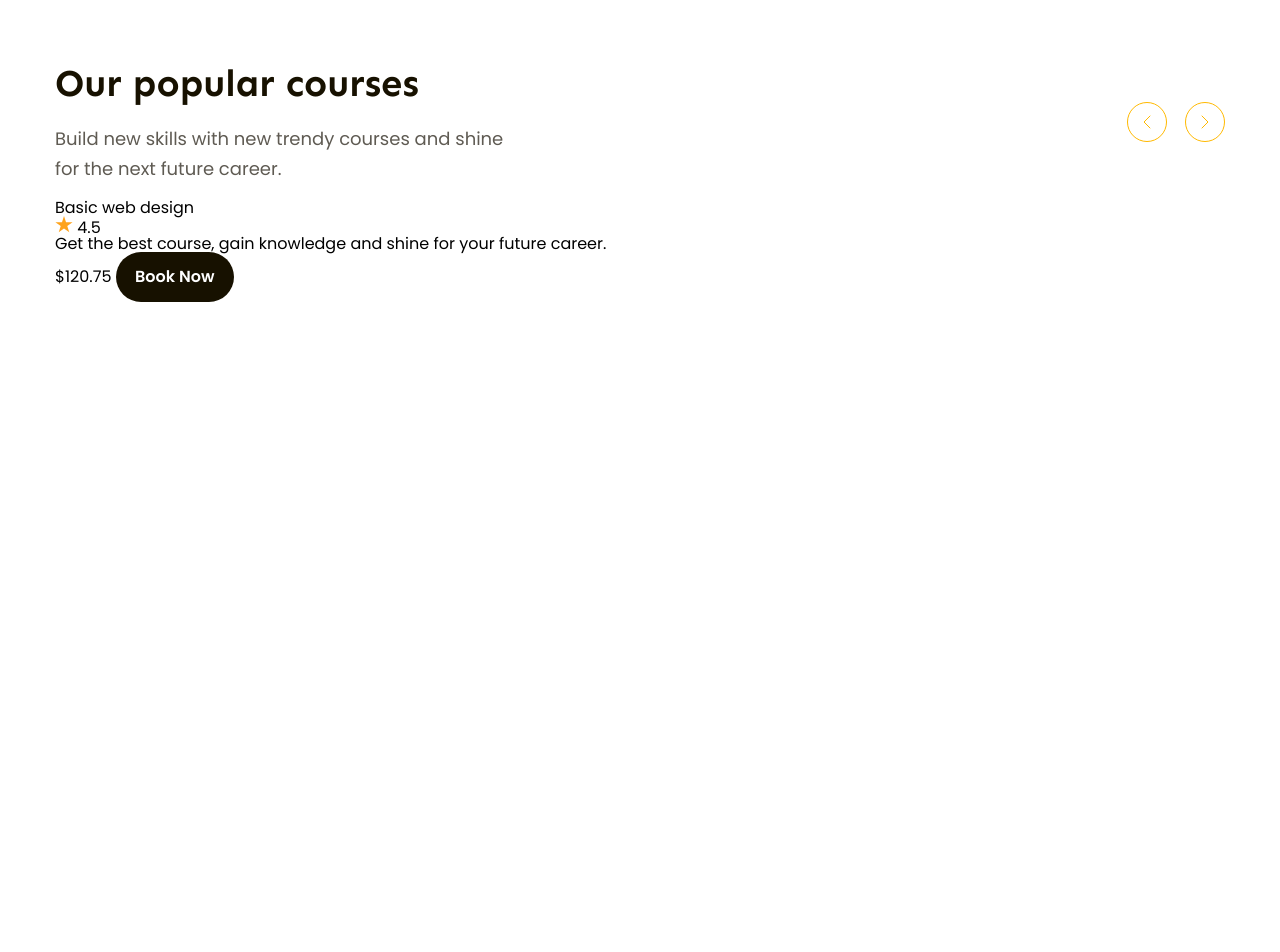
Repository: Tran-Dat/F8-Project-02
Page: index.html
These files come from the project's save history. The page is drawn as it stood at one moment and after the next save; the edit follows.
The browser window is 1280 px wide. The pictures show the part of the page from y = 1040 to 1992 px (the page is 3000 px tall).
A picture or video elsewhere on the page could not be fetched, so the positions and the page height are approximate.

Above is the page before, as saved 2023-03-30 18:18:36.

### index.html
<!DOCTYPE html>
<html lang="en">
    <head>
        <meta charset="UTF-8" />
        <meta http-equiv="X-UA-Compatible" content="IE=edge" />
        <meta name="viewport" content="width=device-width, initial-scale=1.0" />
        <title>F8 Project 02</title>
        <!-- reset css -->
        <link rel="stylesheet" href="assets/css/reset.css" />

        <!-- Font gg -->
        <link rel="preconnect" href="https://fonts.googleapis.com" />
        <link rel="preconnect" href="https://fonts.gstatic.com" crossorigin />
        <link
            href="https://fonts.googleapis.com/css2?family=Poppins:ital,wght@0,400;0,500;0,600;0,700;1,400&family=Sen:wght@700&display=swap"
            rel="stylesheet"
        />

        <!-- styles css -->
        <link rel="stylesheet" href="assets/css/styles.css" />
    </head>
    <body>
        <main style="height: 3000px">
            <!-- Header -->
            <header class="header fixed">
                <div class="main-content">
                    <div class="body">
                        <!-- Logo -->
                        <img
                            src="./assets/img/Logo-Lesson.svg"
                            alt="Lesseon"
                            class="logo"
                        />

                        <!-- Nav -->
                        <nav class="nav">
                            <ul>
                                <li class="active">
                                    <a href="#!">Home</a>
                                </li>
                                <li>
                                    <a href="#!">Courses</a>
                                </li>
                                <li>
                                    <a href="#!">Pricing</a>
                                </li>
                                <li>
                                    <a href="#!">Reviews</a>
                                </li>
                            </ul>
                        </nav>

                        <!-- ACtion -->
                        <div class="action">
                            <a href="#!" class="btn sign-up-btn">sign up</a>
                        </div>
                    </div>
                </div>
            </header>

            <!-- Hero -->
            <div class="hero">
                <div class="main-content">
                    <div class="body">
                        <!-- hero left -->
                        <div class="media-block">
                            <img
                                src="./assets/img/Hero-img.jpg"
                                alt="Learn without limits and spread knowledge."
                                class="img"
                            />

                            <div class="hero-summary">
                                <!-- Item 1 -->
                                <div class="item">
                                    <div class="icon">
                                        <img
                                            src="./assets/icon/list.svg"
                                            alt=""
                                        />
                                    </div>
                                    <div class="info">
                                        <p class="lable">20 Courses</p>
                                        <p class="title">UI/UX Design</p>
                                    </div>
                                </div>

                                <!-- Item 2 -->
                                <div class="item">
                                    <div class="icon">
                                        <img
                                            src="./assets/icon/code.svg"
                                            alt=""
                                        />
                                    </div>
                                    <div class="info">
                                        <p class="lable">20 Courses</p>
                                        <p class="title">Development</p>
                                    </div>
                                </div>

                                <!-- Item 3 -->
                                <div class="item">
                                    <div class="icon">
                                        <img
                                            src="./assets/icon/speaker.svg"
                                            alt=""
                                        />
                                    </div>
                                    <div class="info">
                                        <p class="lable">30 Courses</p>
                                        <p class="title">Marketing</p>
                                    </div>
                                </div>
                            </div>
                        </div>

                        <!-- hero right -->
                        <div class="content-block">
                            <h1 class="heading lv1">
                                Learn without limits and spread knowledge.
                            </h1>
                            <p class="desc">
                                Build new skills for that “this is my year”
                                feeling with courses, certificates, and degrees
                                from world-class universities and companies.
                            </p>
                            <div class="cta-group">
                                <a href="" class="btn hero-cta">See Courses</a>
                                <button class="watch-video">
                                    <div class="icon">
                                        <img
                                            src="./assets/icon/play.svg"
                                            alt=""
                                        />
                                    </div>
                                    <span>Watch Video</span>
                                </button>
                            </div>
                            <p class="desc">Recent engagement</p>
                            <p class="desc stats">
                                <strong>50K</strong> Students
                                <strong>70+</strong> Courses
                            </p>
                        </div>
                    </div>
                </div>
            </div>

            <!-- Popular -->
            <div class="popular">
                <div class="main-content">
                    <!-- Popular-top -->
                    <div class="popular-top">
                        <div class="info">
                            <h2 class="heading lv2">Our popular courses</h2>
                            <p class="desc">
                                Build new skills with new trendy courses and
                                shine for the next future career.
                            </p>
                        </div>
                        <div class="controls">
                            <button class="control-btn">
                                <svg
                                    width="8"
                                    height="14"
                                    viewBox="0 0 8 14"
                                    fill="none"
                                    xmlns="http://www.w3.org/2000/svg"
                                >
                                    <path
                                        d="M7 1L1 7L7 13"
                                        stroke="currentColor"
                                        stroke-linecap="round"
                                        stroke-linejoin="round"
                                    />
                                </svg>
                            </button>
                            <button class="control-btn">
                                <svg
                                    width="8"
                                    height="14"
                                    viewBox="0 0 8 14"
                                    fill="none"
                                    xmlns="http://www.w3.org/2000/svg"
                                >
                                    <path
                                        d="M1 1L7 7L1 13"
                                        stroke="currentColor"
                                        stroke-linecap="round"
                                        stroke-linejoin="round"
                                    />
                                </svg>
                            </button>
                        </div>
                    </div>

                    <!-- Course-bottom -->
                    <div class="course-list">
                        <div class="course-item">
                            <img src="" alt="" class="thumb" />
                            <div class="info">
                                <!-- head-info-course -->
                                <div class="head">
                                    <h3 class="title">Basic web design</h3>
                                    <div class="rating">
                                        <img
                                            src="./assets/icon/Star.svg"
                                            alt=""
                                            class="star"
                                        />
                                        <span class="value">4.5</span>
                                    </div>
                                </div>

                                <!-- p-info-course -->
                                <p class="desc">
                                    Get the best course, gain knowledge and
                                    shine for your future career.
                                </p>

                                <!-- foot-info-course -->
                                <div class="foot">
                                    <span class="price">$120.75</span>
                                    <div class="btn">Book Now</div>
                                </div>
                            </div>
                        </div>
                    </div>
                </div>
            </div>
        </main>
    </body>
</html>

### assets/css/styles.css
* {
    box-sizing: border-box;
}

:root {
    --primary-color: #ffb900;
    --font-heading: Sen, sans-serif;
}

html {
    font-size: 62.5%;
}

body {
    font-size: 1.6rem;
    font-family: "Poppins", sans-serif;
}

/*=================================================================== Common ===================================================================*/
a {
    text-decoration: none;
}

.heading {
    font-weight: 700;
    font-size: 5.8rem;
    color: #171100;
    font-family: var(--font-heading);
}

.heading.lv1 {
    line-height: 1.17;
    letter-spacing: -0.02em;
}

.heading.lv2 {
    font-size: 3.8rem;
    line-height: 1.26;
}

.btn {
    display: inline-block;
    min-width: 118px;
    padding: 0 16px;
    line-height: 50px;
    font-weight: 600;
    font-size: 1.6rem;
    text-align: center;
    color: #ffffff;
    background: #171100;
    border-radius: 999px;
}

.btn:hover {
    opacity: 0.8;
}

.main-content {
    width: 1170px;
    max-width: calc(100% - 48px);
    margin-left: auto;
    margin-right: auto;
}

/*=================================================================== Header =================================================================== */

.header {
    background: #fffcf4;
}

.header.fixed {
    position: sticky;
    top: -28px;
    z-index: 10;
}

.header .body {
    display: flex;
    align-items: center;
    padding: 36px 0 8px;
}

.nav {
    margin-left: auto;
}

.nav ul {
    display: flex;
}

.nav a {
    position: relative;
    padding: 8px 21px;
    font-size: 1.6rem;
    color: #5f5b53;
}

.nav a:hover,
.nav li.active a {
    /* font-weight: 600; */
    text-shadow: 1px 0 0 currentColor;
    color: #171100;
}

.nav li.active a::after {
    position: absolute;
    left: 21px;
    bottom: 6px;
    display: block;
    content: "";
    width: 12px;
    height: 2px;
    background: #171100;
    border-radius: 1px;
}

.header .sign-up-btn {
    min-width: 144px;
}

.header .action {
    margin-left: 49px;
}

/*=================================================================== Hero =================================================================== */
.hero {
    padding: 56px 0 65px;
    background: #fffcf4;
}

.hero .body {
    display: flex;
}

/* ========= Hero-left========== */

.hero .media-block {
    width: 48%;
    position: relative;
}

.hero .media-block .img {
    width: 470px;
    height: 685px;
    object-fit: cover;
    border-radius: 20px;
    display: block;
}

.hero-summary {
    position: absolute;
    right: 0;
    bottom: 48px;
    padding: 24px 58px 24px 24px;
    background: #ffffff;
    box-shadow: 0px 16px 32px rgba(0, 0, 0, 0.05);
    border-radius: 12px;
}

.hero-summary .item {
    display: flex;
    align-items: center;
}

.hero-summary .item + .item {
    margin-top: 22px;
}

.hero-summary .icon {
    width: 48px;
    height: 48px;
    border-radius: 50%;
    display: flex;
    align-items: center;
    justify-content: center;
    background: #fff9e8;
}

.hero-summary .item:nth-of-type(2) .icon {
    background: #fcefff;
}

.hero-summary .item:nth-of-type(3) .icon {
    background: #ebeaff;
}

.hero-summary .info {
    margin-left: 16px;
}

.hero-summary .lable {
    font-size: 1.4rem;
    line-height: 1.86;
    color: #5f5b53;
}

.hero-summary .title {
    font-weight: 600;
    font-size: 1.8rem;
    line-height: 1.67;
    color: #171100;
}

/* ========= Hero-right========== */

.hero .content-block {
    width: 52%;
    padding: 64px 0 0 130px;
}

.hero .desc {
    margin-top: 22px;
    font-size: 1.8rem;
    line-height: 1.67;
    color: #5f5b53;
}

.hero .cta-group {
    display: flex;
    align-items: center;
    margin: 38px 0 48px;
}

.hero-cta {
    min-width: 180px;
    line-height: 64px;
    background-color: var(--primary-color);
}

.hero .watch-video {
    align-items: center;
    display: flex;
    margin-left: 28px;
    border: none;
    background: #fffcf4;
    cursor: pointer;
}

.hero .watch-video .icon {
    display: flex;
    align-items: center;
    justify-content: center;
    width: 40px;
    height: 40px;
    border-radius: 50%;
    background: #ffffff;
    box-shadow: 0px 8px 16px rgba(0, 0, 0, 0.07);
}

.hero .watch-video span {
    font-weight: 600;
    margin-left: 14px;
    font-size: 1.8rem;
    line-height: 1.67;
    color: #171100;
}

.hero .stats {
    margin: 8px 0 0 -28px;
}

.hero .stats strong {
    padding: 0 8px 0 28px;
    font-weight: 700;
    font-size: 4.4rem;
    line-height: 1.23;
    font-family: var(--font-heading);
    color: #171100;
}

/*=================================================================== Popular =================================================================== */

.popular {
    padding-top: 200px;
}

.popular-top {
    display: flex;
    justify-content: space-between;
    align-items: center;
}

.popular-top .desc {
    margin-top: 16px;
    width: 458px;
    font-size: 1.8rem;
    line-height: 1.67;
    color: #5f5b53;
}

.popular-top .controls {
    display: flex;
    gap: 18px;
}

.popular-top .control-btn {
    display: flex;
    align-items: center;
    justify-content: center;
    width: 40px;
    height: 40px;
    color: var(--primary-color);
    border: 1px solid var(--primary-color);
    border-radius: 50%;
    background: transparent;
}

.popular-top .control-btn:hover {
    color: #fff;
    background-color: var(--primary-color);
    border: 1px solid var(--primary-color);
    cursor: pointer;
}

Loaded but not shown: assets/css/reset.css (common file)

After the next save:
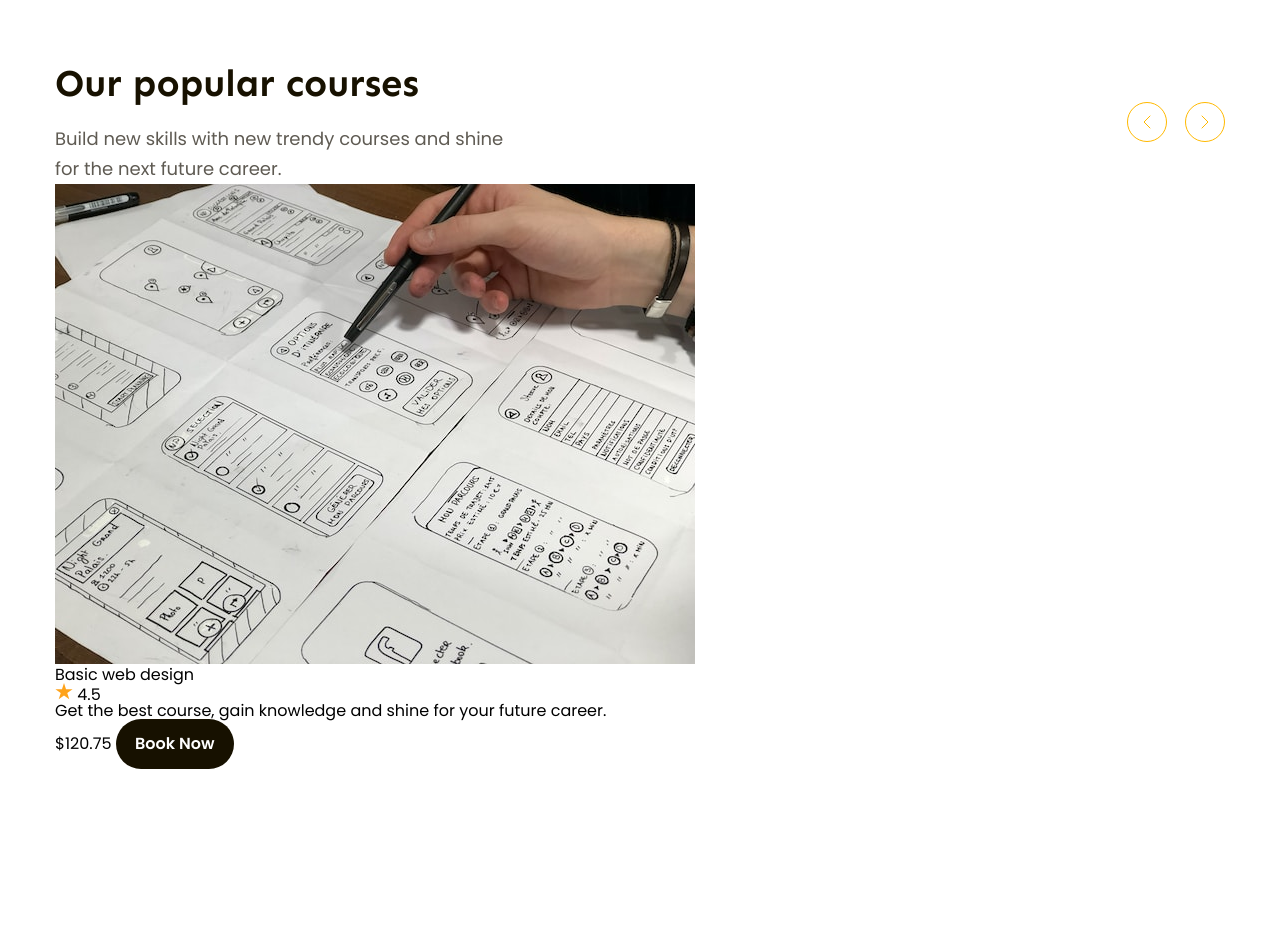
Saved 4 min 40 s later.
--- a/index.html
+++ b/index.html
@@ -198,7 +198,11 @@
                     <!-- Course-bottom -->
                     <div class="course-list">
                         <div class="course-item">
-                            <img src="" alt="" class="thumb" />
+                            <img
+                                src="./assets/img/course-1.jpg"
+                                alt="Basic web design"
+                                class="thumb"
+                            />
                             <div class="info">
                                 <!-- head-info-course -->
                                 <div class="head">
